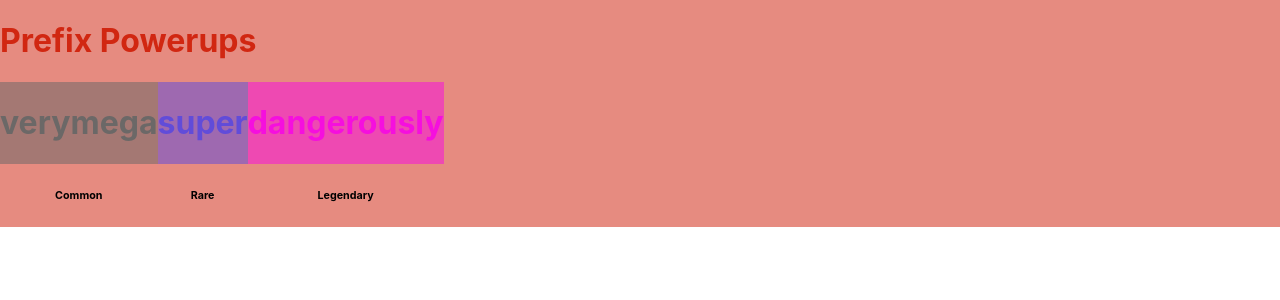
Repository: bsalgado98/buns-inator
Page: /
The author's editor kept a copy of each file at every save. The page is drawn from the files as they stood at one save, then again after the next save.
The browser window is 1280 px wide. The pictures show the whole page.
The project was rebuilt for these pictures with package versions that can differ from the ones it lists, and the page was loaded fresh each time.

Above is the page before, as saved 2022-04-25 22:32:26.

After the next save:
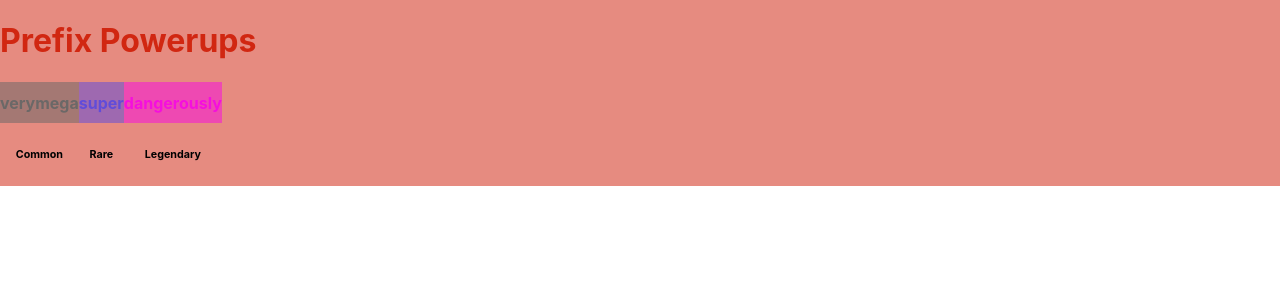
Saved 11 s later.
--- a/src/components/WordCard/WordCard.js
+++ b/src/components/WordCard/WordCard.js
@@ -8,7 +8,8 @@ const WordCard = ({ text = "N/A", color = "#000000" }) => {
         },
         text: {
             style: {
-                color: color
+                color: color,
+                fontSize: '16px'
             }
         }
     }
